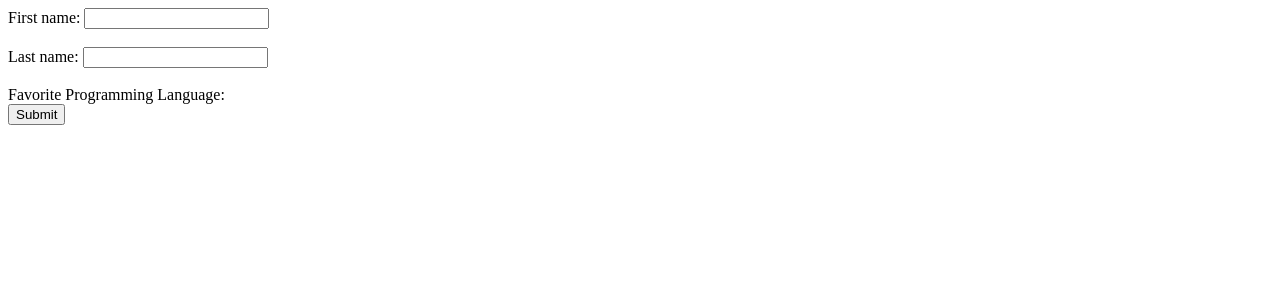
Repository: minnukanch/Spring-learners-code
Page: jspdemo/WebContent/student-radio-form.html
The author's editor kept a copy of each file at every save. The page is drawn from the files as they stood at one save, then again after the next save.
The browser window is 1280 px wide. The pictures show the whole page.

Above is the page before, as saved 2019-09-25 22:59:48.

### jspdemo/WebContent/student-radio-form.html
<html>

<head><title>Student Registration Form</title></head>

<body>

<form action = "student-response.jsp">

	First name: <input type = "text" name = "firstName" />

	<br/><br/>

	Last name: <input type = "text" name = "lastName" />

	<br/></br>

	Favorite Programming Language: <br/>


	<input type = "submit" value = "Submit" />

</form>
</body>



</html>

After the next save:
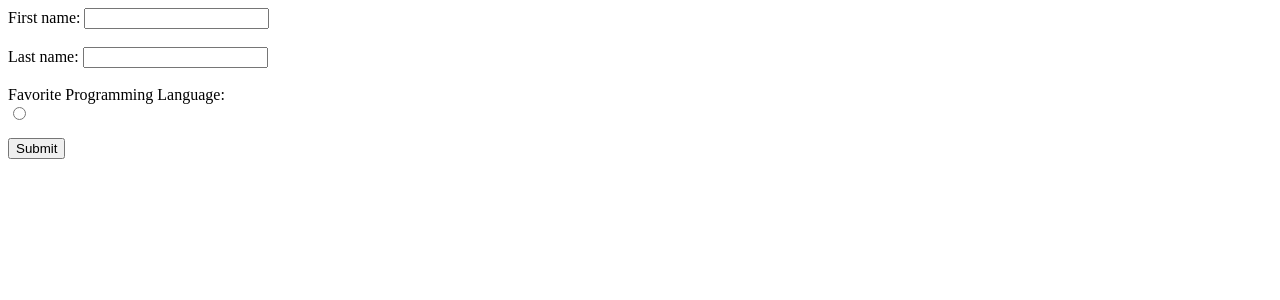
Saved 3 min 23 s later.
--- a/jspdemo/WebContent/student-radio-form.html
+++ b/jspdemo/WebContent/student-radio-form.html
@@ -16,7 +16,9 @@
 
 	Favorite Programming Language: <br/>
 
+	<input type = "radio" name = "favoriteLanguage" value="Java">
 
+	<br/></br>
 	<input type = "submit" value = "Submit" />
 
 </form>
